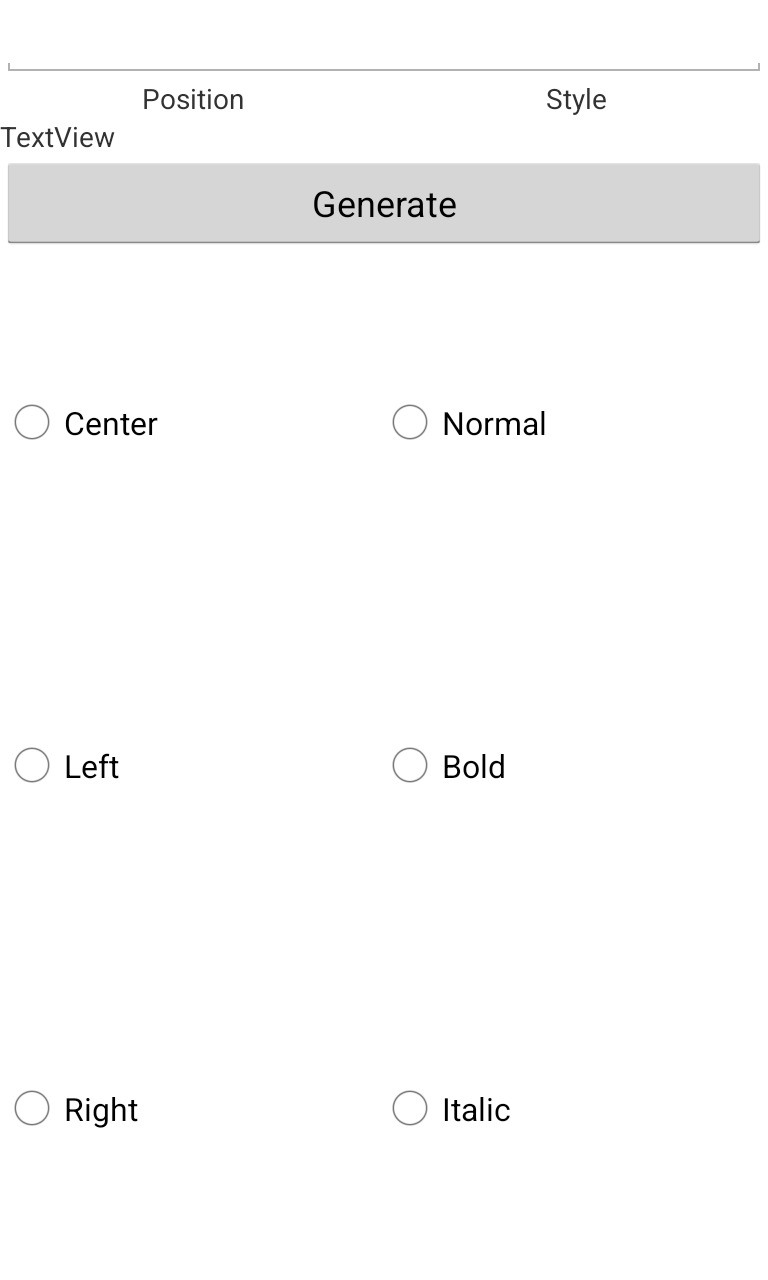
Repository: IgnacioRV/AndroidDev
Layout: ProjectYasuo/res/layout/adv_screen.xml
An editor plug-in stored every save of this project. The layout is shown before and after the next save, followed by the edit.
It is drawn on a 768 x 1280 px phone screen (xhdpi) without system bars, with theme AppTheme; the app's code is not run.

Above is the layout before, as saved 2016-01-27 00:24:49.

After the next save:
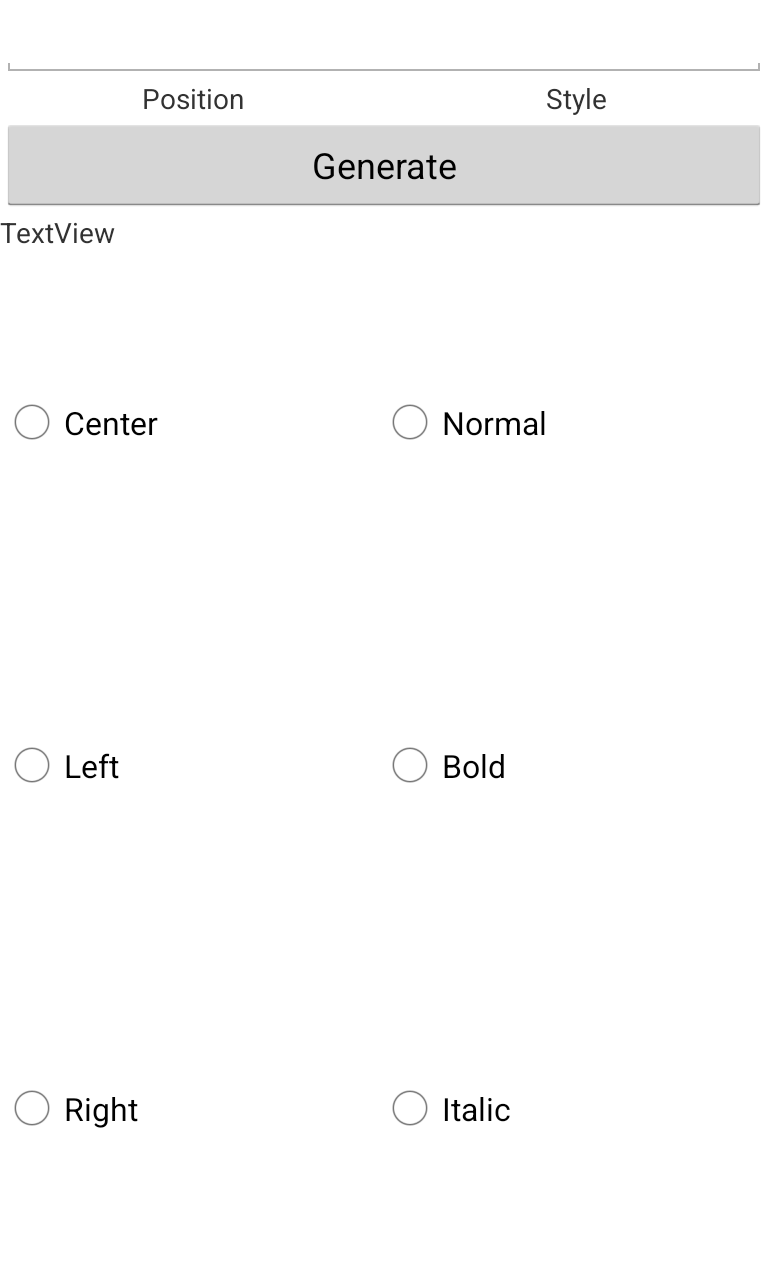
Saved 37 s later.
--- a/ProjectYasuo/res/layout/adv_screen.xml
+++ b/ProjectYasuo/res/layout/adv_screen.xml
@@ -33,17 +33,18 @@
             android:gravity="center"
             android:text="Style" />
     </LinearLayout>
-    <TextView
-         android:id="@+id/tvNew"
-         android:layout_width="match_parent"
-         android:layout_height="wrap_content"
-         android:text="TextView" />
 
     <Button
         android:id="@+id/bGen"
         android:layout_width="match_parent"
         android:layout_height="wrap_content"
         android:text="Generate" />
+
+    <TextView
+        android:id="@+id/tvNew"
+        android:layout_width="match_parent"
+        android:layout_height="wrap_content"
+        android:text="TextView" />
 
     <LinearLayout
         android:layout_width="match_parent"
